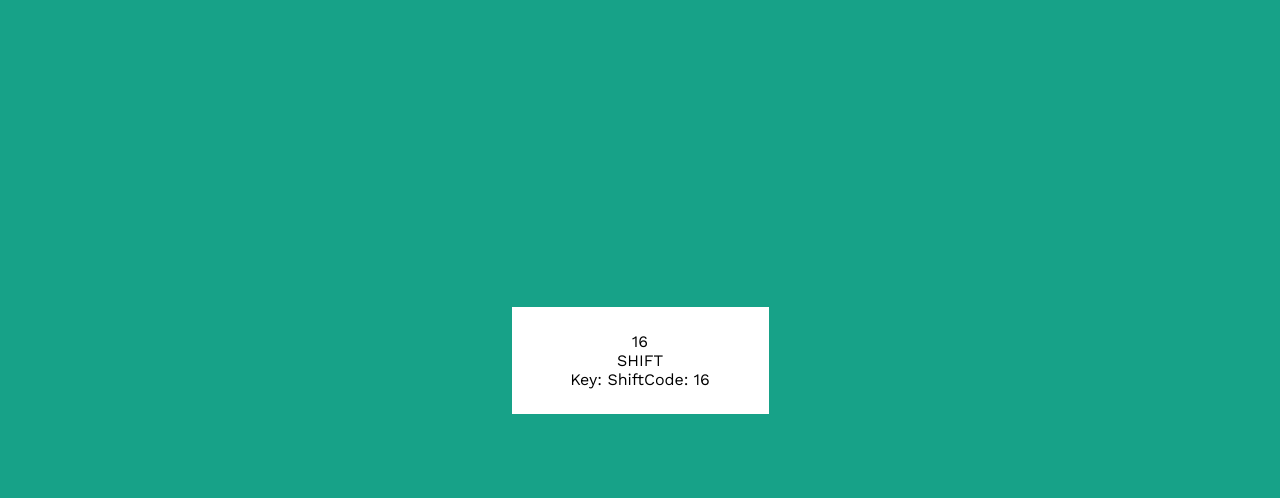
Repository: youssef168/Key-Detection
Page: index.htm
An editor plug-in stored every save of this project. The page is shown before and after the next save, followed by the edit.
The browser window is 1280 px wide. The pictures show the whole page.

Above is the page before, as saved 2021-12-17 11:54:29.

### index.htm
<!DOCTYPE html>
<html lang="en">
<head>
    <meta charset="UTF-8">
    <meta http-equiv="X-UA-Compatible" content="IE=edge">
    <meta name="viewport" content="width=device-width, initial-scale=1.0">
    <link rel="stylesheet" href="./style.css">
    <title>Key Detection</title>
</head>
<body>
    <div class="box">
        <div class="content">
            <div class="key-code">16</div>
            <div class="key-name">SHIFT</div>
            <div class="details">
                <div class="key">Key: <span>Shift</span></div>
                <div class="code">Code: <span>16</span></div>
            </div>
        </div>
    </div>

    <script src="./script.js"></script>
</body>
</html>

### style.css
@import url("https://fonts.googleapis.com/css2?family=Work+Sans:ital,wght@0,300;0,400;1,400;1,500&display=swap");

* {
  font-family: "Work Sans", sans-serif;
  box-sizing: border-box;
  padding: 0;
  margin: 0;
}

ul li {
  list-style: none;
}

body {
    display: flex;
    justify-content: center;
    align-items: center;
    min-height: 100vh;
    margin: auto;
    background-color: #17A288;
}

.box {
    background: #fff;
    padding: 25px;
    width: 257px;
}

.content,  .details {
    display: flex;
    align-items: center;
    justify-content: center;
}

.box .content {
    flex-direction: column;
}

Loaded but not shown: script.js (no stored copy; drawn as an empty file)

After the next save:
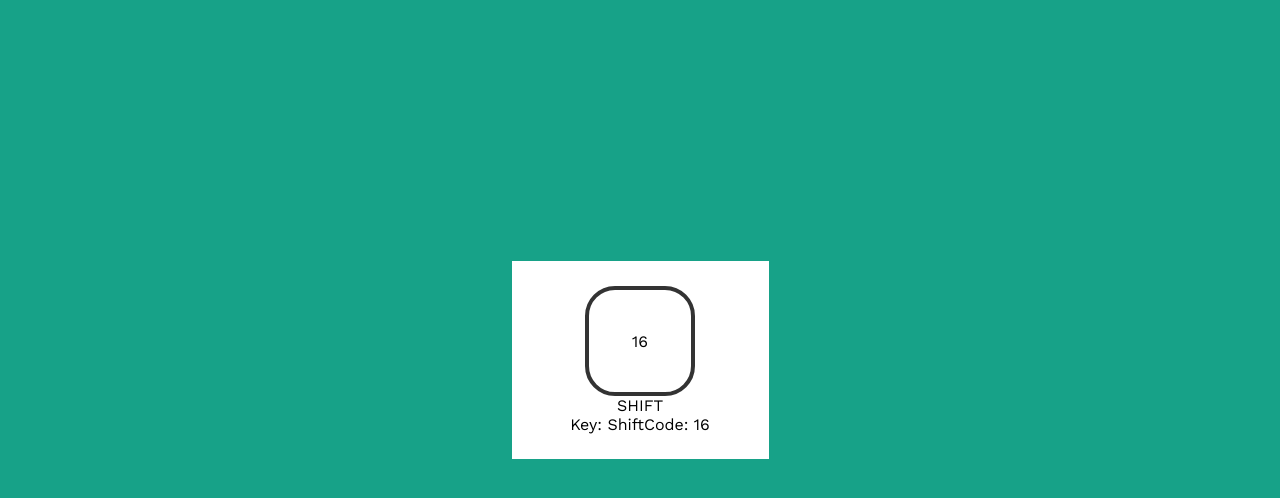
Saved 104 s later.
--- a/style.css
+++ b/style.css
@@ -26,7 +26,7 @@ body {
     width: 257px;
 }
 
-.content,  .details {
+.content, .key-code, .details {
     display: flex;
     align-items: center;
     justify-content: center;
@@ -35,3 +35,9 @@ body {
 .box .content {
     flex-direction: column;
 }
+.key-code {
+    border: 4px solid #333;
+    border-radius: 30px;
+    width: 110px;
+    height: 110px;
+}
